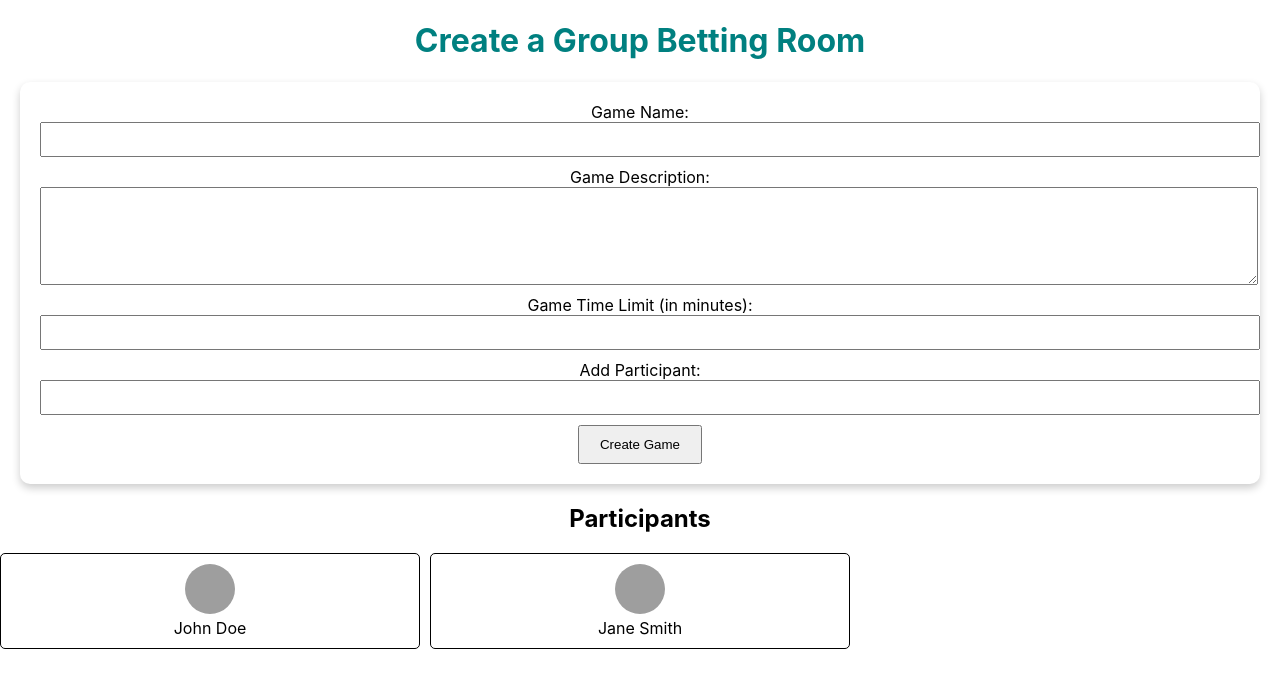
Repository: cis350/team_14_cis_3500_project_repo
Page: /create-room (app in frontend/shakeonit/)
These files come from the project's save history. The page is drawn as it stood at one moment and after the next save; the edit follows.
The browser window is 1280 px wide. The pictures show the whole page.
Pictures or frames that could not be fetched are drawn as grey boxes. The project was rebuilt for these pictures with package versions that can differ from the ones it lists, and the page was loaded fresh each time.

Above is the page before, as saved 2024-04-25 00:04:08.

After the next save:
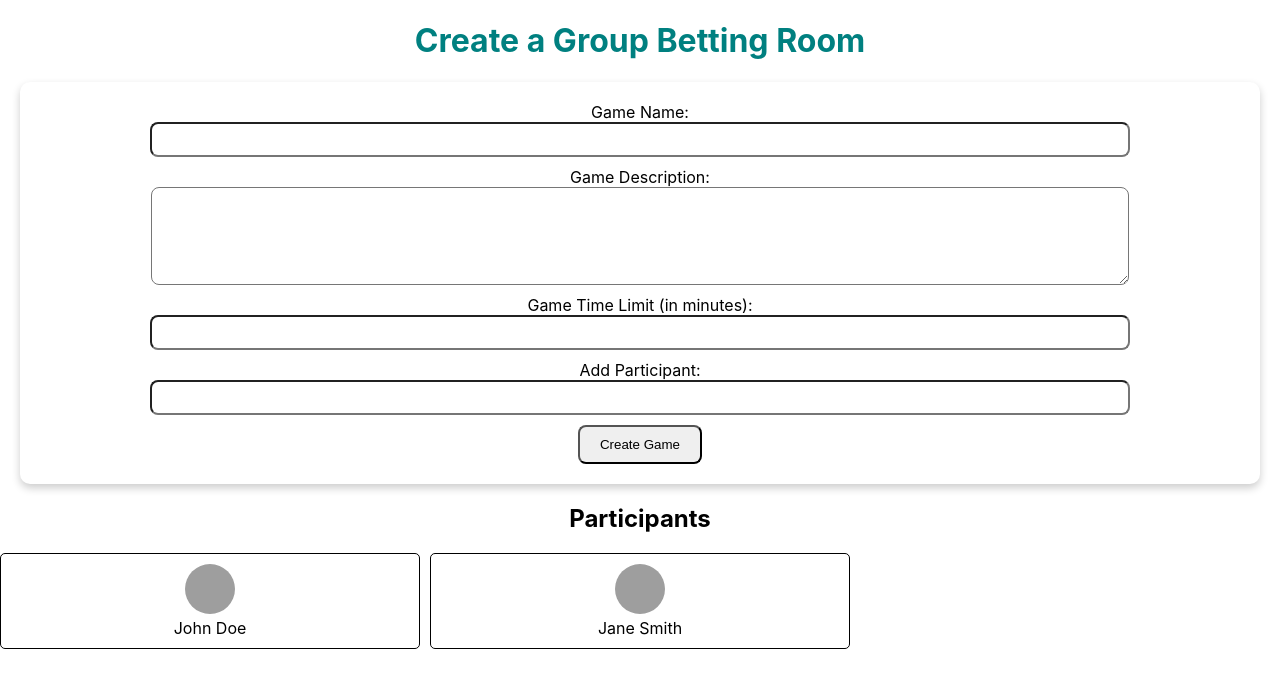
Saved 107 s later.
--- a/frontend/shakeonit/src/CreateBettingRoom.js
+++ b/frontend/shakeonit/src/CreateBettingRoom.js
@@ -4,13 +4,13 @@ function CreateBettingRoom() {
     const [gameName, setGameName] = useState('');
     const [gameDescription, setGameDescription] = useState('');
     const [participants, setParticipants] = useState([
-        { name: "John Doe", img: "https://placekitten.com/100/100" },
-        { name: "Jane Smith", img: "https://placekitten.com/101/101" }
+        { name: "John Doe", img: "https://placekitten.com/g/200/300" }, // Changed dimensions for better compatibility
+        { name: "Jane Smith", img: "https://placekitten.com/g/200/300" } // Changed dimensions for better compatibility
     ]);
     const [gameTimeLimit, setGameTimeLimit] = useState('');
 
     const handleAddParticipant = (name) => {
-        const img = `https://placekitten.com/${Math.floor(100 + Math.random() * 10)}/${Math.floor(100 + Math.random() * 10)}`;
+        const img = `https://placekitten.com/g/${Math.floor(200 + Math.random() * 100)}/${Math.floor(300 + Math.random() * 100)}`; // More reliable dimensions
         setParticipants(prev => [...prev, { name, img }]);
     }
 
@@ -33,7 +33,7 @@ function CreateBettingRoom() {
                                 value={gameName}
                                 onChange={e => setGameName(e.target.value)}
                                 required
-                                style={{ display: 'block', width: '100%', padding: '8px' }}
+                                style={{ display: 'block', width: '80%', margin: 'auto', padding: '8px', borderRadius: '8px' }}
                             />
                         </label>
                     </div>
@@ -44,7 +44,7 @@ function CreateBettingRoom() {
                                 value={gameDescription}
                                 onChange={e => setGameDescription(e.target.value)}
                                 required
-                                style={{ display: 'block', width: '100%', padding: '8px', height: '80px' }}
+                                style={{ display: 'block', width: '80%', margin: 'auto', padding: '8px', borderRadius: '8px', height: '80px' }}
                             />
                         </label>
                     </div>
@@ -56,7 +56,7 @@ function CreateBettingRoom() {
                                 value={gameTimeLimit}
                                 onChange={e => setGameTimeLimit(e.target.value)}
                                 required
-                                style={{ display: 'block', width: '100%', padding: '8px' }}
+                                style={{ display: 'block', width: '80%', margin: 'auto', padding: '8px', borderRadius: '8px' }}
                             />
                         </label>
                     </div>
@@ -72,11 +72,11 @@ function CreateBettingRoom() {
                                         e.target.value = ''; // Clear the input after adding
                                     }
                                 }}
-                                style={{ display: 'block', width: '100%', padding: '8px' }}
+                                style={{ display: 'block', width: '80%', margin: 'auto', padding: '8px', borderRadius: '8px' }}
                             />
                         </label>
                     </div>
-                    <button type="submit" style={{ padding: '10px 20px' }}>Create Game</button>
+                    <button type="submit" style={{ padding: '10px 20px', borderRadius: '8px' }}>Create Game</button>
                 </form>
             </div>
 
